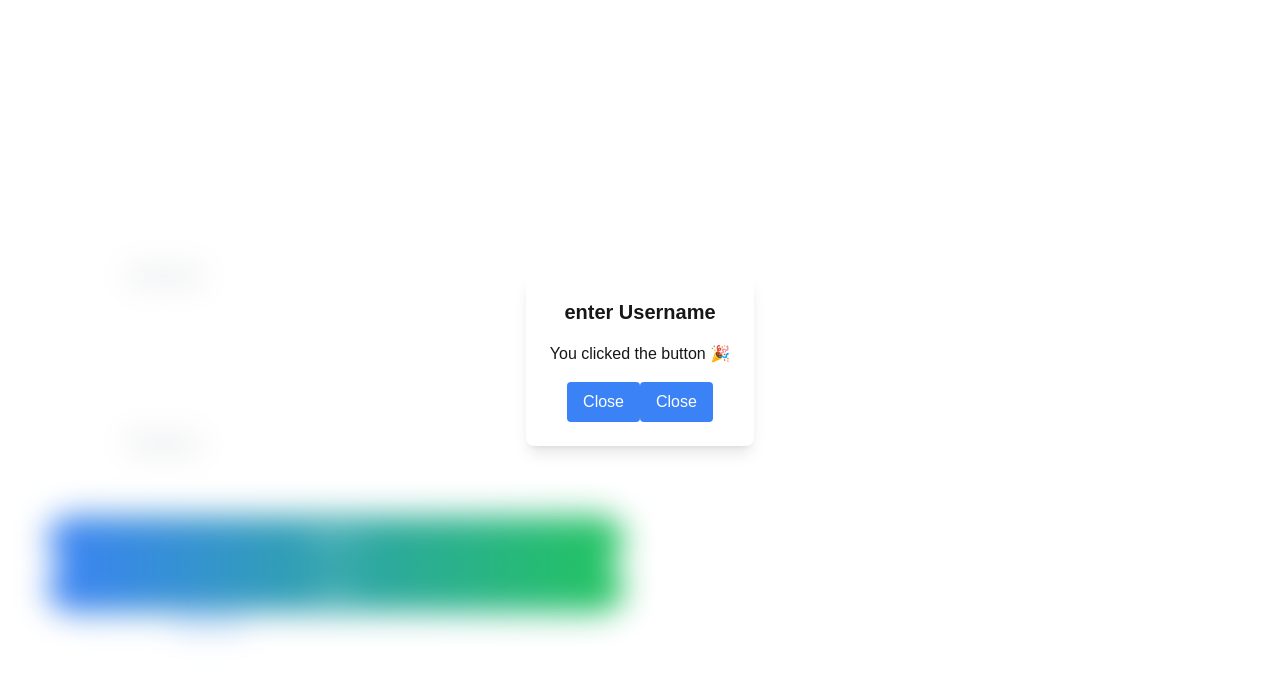
Repository: oxniw/usingmoney
Page: /signin, after clicking the first element matching `span.text-blue-500`
These files come from the project's save history. The page is drawn as it stood at one moment and after the next save; the edit follows.
The browser window is 1280 px wide. The pictures show the whole page.
The project was rebuilt for these pictures with package versions that can differ from the ones it lists, and the page was loaded fresh each time. The framework's server and built-in components were replaced by stand-ins that run in the browser. Also part of the build but not shown: next.config.ts. Imported but missing from the stored project, and not drawn on this page: components/ui/wavy-background.

Above is the page before, as saved 2025-04-09 18:49:55.

After the next save:
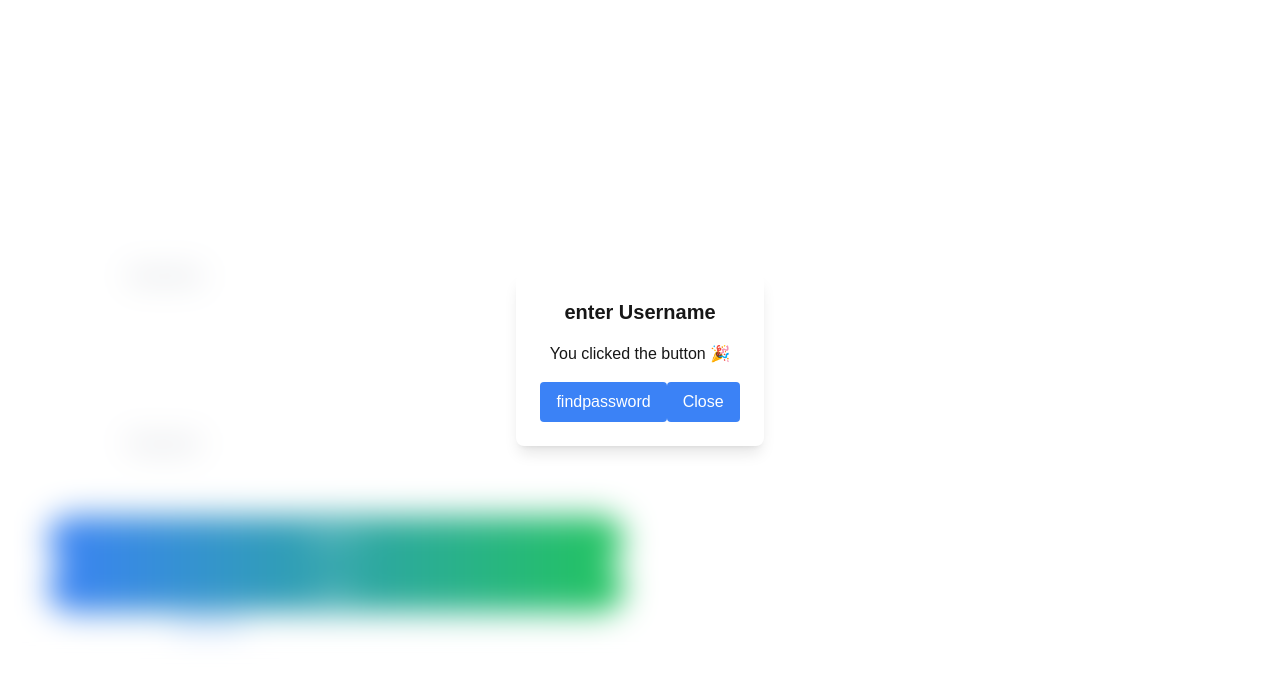
Saved 3 min 40 s later.
--- a/src/app/signin/opop.jsx
+++ b/src/app/signin/opop.jsx
@@ -1,5 +1,6 @@
 "use client";
 import React, { useState, useEffect } from "react";
+import axios from "axios";
 function opoup({ onClose }) {
     const [fadeOut, setFadeOut] = useState(false);
     const handleClose = () => {
@@ -8,16 +9,21 @@ function opoup({ onClose }) {
           onClose();
         }, 300);
       };
+    const handleClick = async () => {
+        const res = await axios.post("http://127.0.0.1:5000", {
+
+        })
+    }
   return (
     <div className={`fixed inset-0 flex items-center justify-center z-50 shadow-lg bg-gradient-to-r bg-opacity-10 backdrop-blur-lg transition-all duration-300 fadein ${fadeOut ? "opacity-0" : "opacity-100"} `}>
       <div className="bg-white p-6 rounded-lg shadow-lg text-center">
         <h2 className="text-xl font-bold mb-4">enter Username</h2>
         <p className="mb-4">You clicked the button 🎉</p>
         <button
-          onClick={handleClose }
+          onClick={handleClick}
           className="bg-blue-500 text-white px-4 py-2 rounded hover:bg-blue-600"
         >
-          Close
+          findpassword
         </button>
         <button
           onClick={handleClose }
